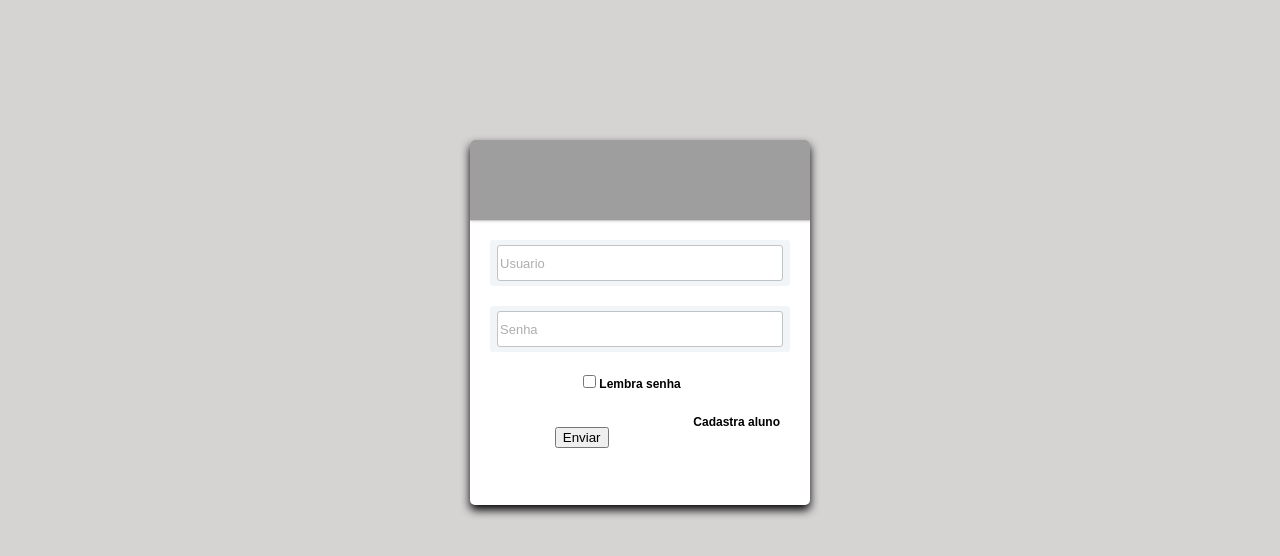
Repository: luisjonson/ProjetoWebAcademia
Page: http://localhost/RepositorioWebProject/Login.jsp
The author's editor kept a copy of each file at every save. The page is drawn from the files as they stood at one save, then again after the next save.
The browser window is 1280 px wide. The pictures show the whole page.
Pictures or frames that could not be fetched are drawn as grey boxes. The page is served by Tomcat 9.

Above is the page before, as saved 2017-04-10 02:06:31.

After the next save:
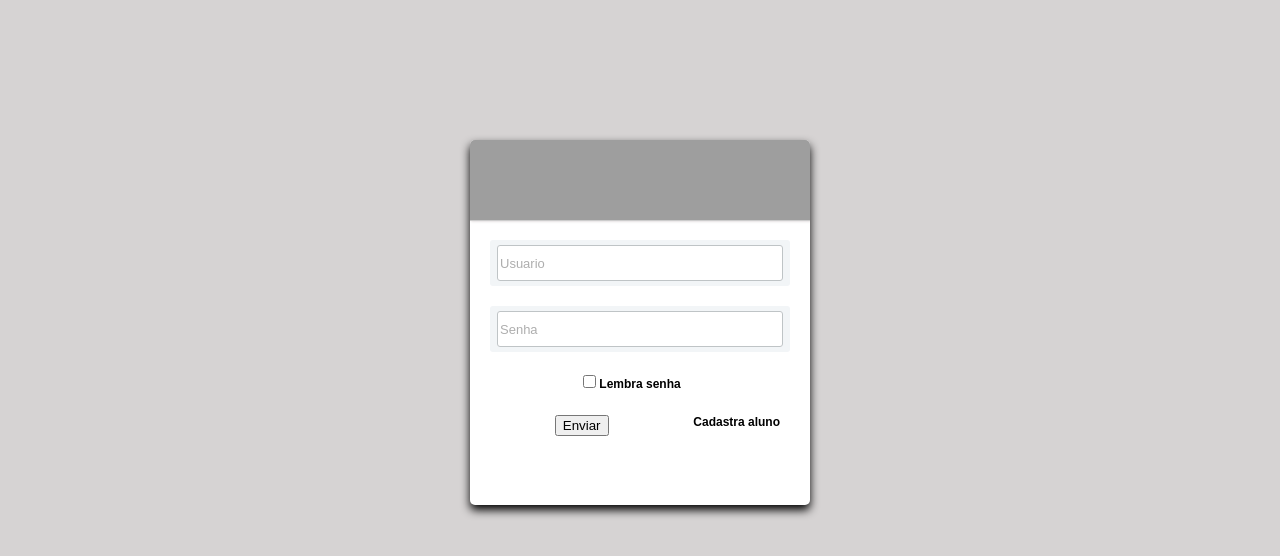
Saved 15 s later.
--- a/Projeto_Web/RepositorioWebProject/WebContent/Login.jsp
+++ b/Projeto_Web/RepositorioWebProject/WebContent/Login.jsp
@@ -124,7 +124,7 @@ body {
 
                   <div id="lembra-senha"><input type="checkbox"/>Lembra senha</div><br><br>
                   <div id="CadastraAluno">Cadastra aluno</div>
-                  </div><br>
+                  </div>
                    <div id="botao" ><input type="submit" name="enviar" value="Enviar"></div>
               </div>
          </div>
